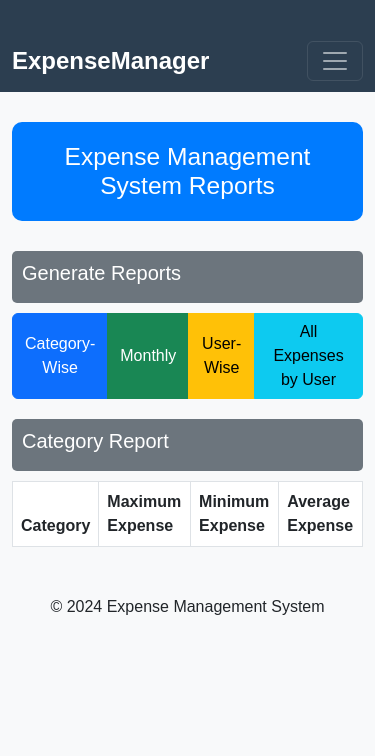
Repository: omlokhande1212/Expense-management
Page: http://localhost/Demo/adminReports.jsp?reportType=category
An editor plug-in stored every save of this project. The page is shown before and after the next save, followed by the edit.
The browser window is 375 px wide. The pictures show the whole page.
The page is served by Tomcat 10. Queries for data that is not in the repository find no rows.

Above is the page before, as saved 2024-11-28 19:02:28.

After the next save:
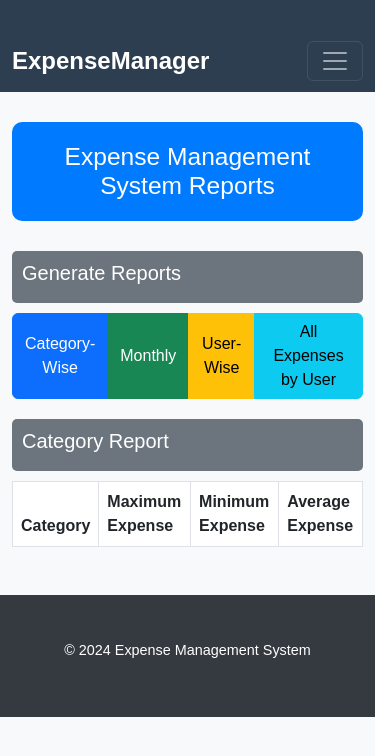
Saved 11 s later.
--- a/expense/Demo/src/main/webapp/adminReports.jsp
+++ b/expense/Demo/src/main/webapp/adminReports.jsp
@@ -49,6 +49,32 @@
         .btn-group {
             margin-bottom: 20px;
         }
+
+    /* Responsive Footer */
+    .footer {
+      background-color: #343a40;
+      color: white;
+      padding: 20px;
+      text-align: center;
+    }
+
+    .social-icons a {
+      color: white;
+      font-size: 20px;
+      margin: 0 10px;
+    }
+
+    /* Footer placement for all screen sizes */
+    @media (max-width: 576px) {
+      .footer {
+        padding: 15px;
+        font-size: 0.9rem;
+      }
+
+      .social-icons a {
+        font-size: 16px;
+      }
+    }
     </style>
 </head>
 <body>
